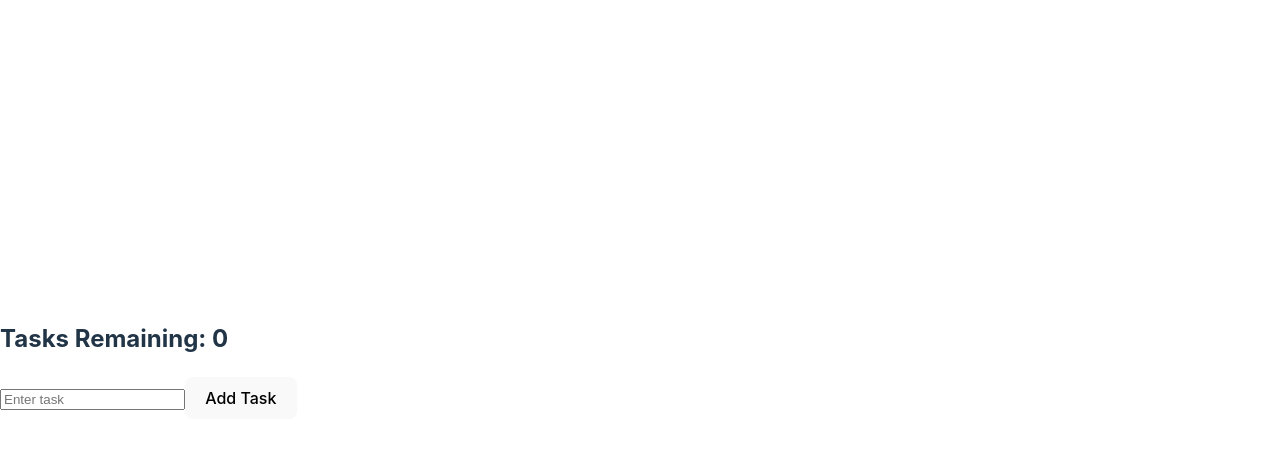
Repository: MelissaJacobi/frontend-assignment-4
Page: /
These files come from the project's save history. The page is drawn as it stood at one moment and after the next save; the edit follows.
The browser window is 1280 px wide. The pictures show the whole page.
The project was rebuilt for these pictures with package versions that can differ from the ones it lists, and the page was loaded fresh each time. Also part of the build but not shown: vite.config.js.

Above is the page before, as saved 2024-10-12 21:37:01.

After the next save:
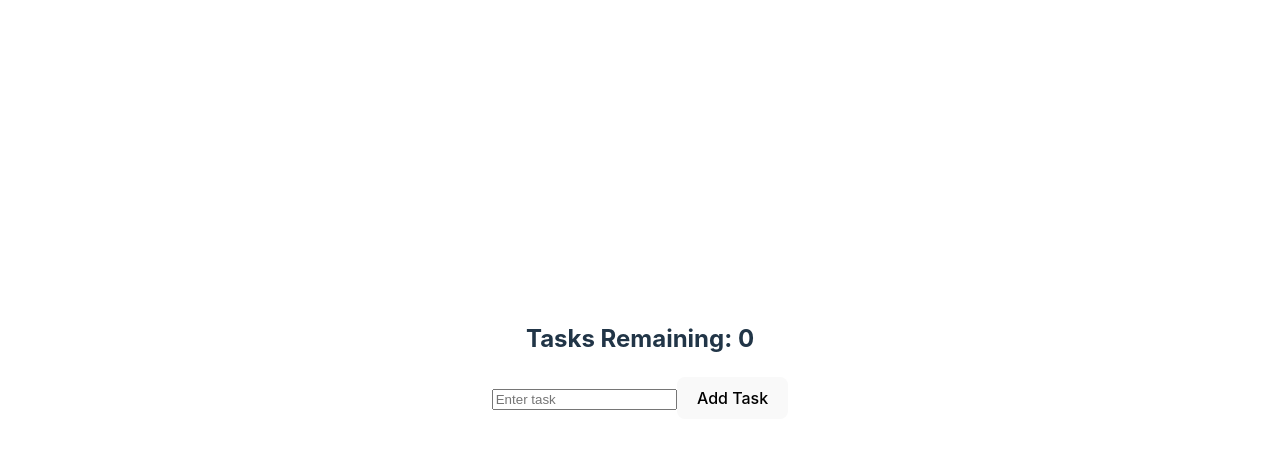
Saved 61 s later.
--- a/src/App.jsx
+++ b/src/App.jsx
@@ -1,4 +1,5 @@
 import React, { useState } from 'react';
+import './App.css';
 
 function TaskList() {
     const [tasks, setTasks] = useState([]);
@@ -40,7 +41,7 @@ function TaskList() {
 
             <div id="taskList">
                 {tasks.map((task, index) => (
-                    <div key={index} className="task">
+                    <div key={index} className={`task ${task.completed ? 'completed' : ''}`}>
                         <input
                             type="checkbox"
                             checked={task.completed}

After the save that followed:
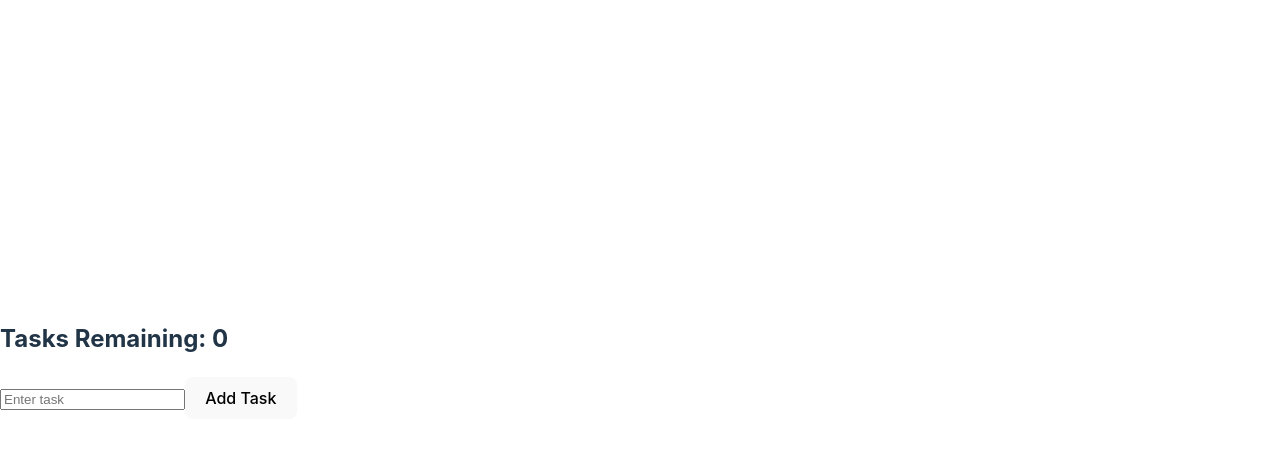
Saved 15 s later.
--- a/src/App.css
+++ b/src/App.css
@@ -1,10 +1,24 @@
-#root {
-  max-width: 1280px;
-  margin: 0 auto;
-  padding: 2rem;
-  text-align: center;
+.task {
+  display: flex;
+  align-items: center;
+  padding: 10px;
+  border-bottom: 1px solid #ccc;
 }
 
-.task {
-  background-color: blue;
+.task-text {
+  margin-left: 10px;
+  flex-grow: 1;
 }
+
+.completed .task-text {
+  text-decoration: line-through;
+  color: gray;
+}
+
+.deleteButton {
+  background-color: red;
+  color: white;
+  border: none;
+  padding: 5px 10px;
+  cursor: pointer;
+}
